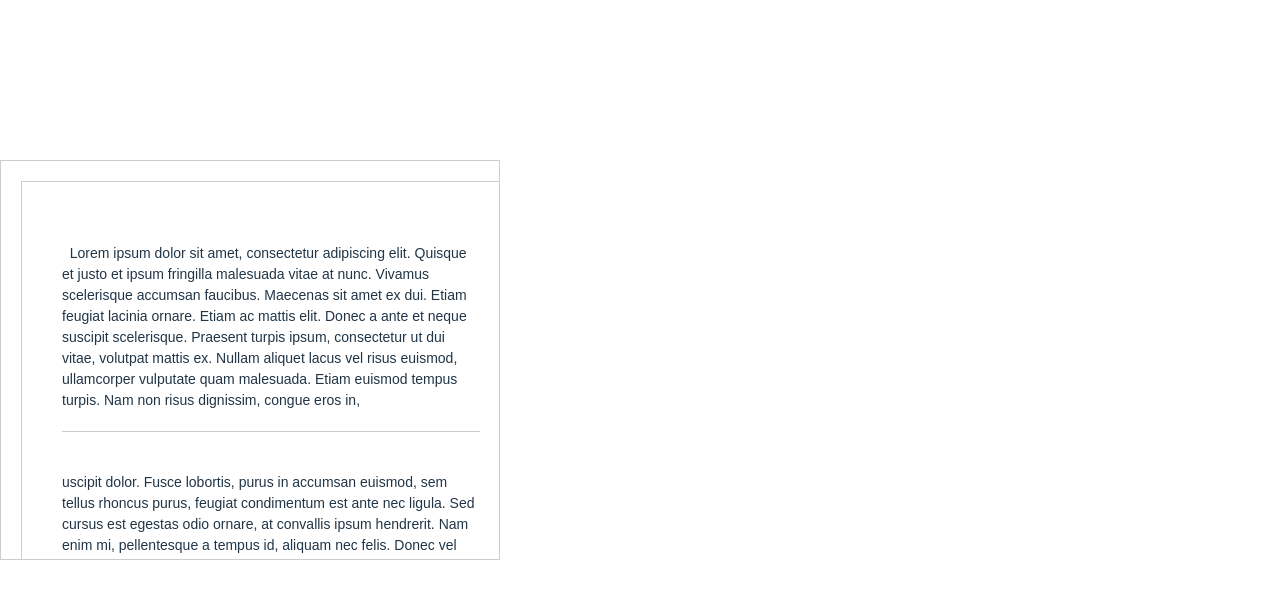
Repository: TakingJester766/Page-View
Page: /
The author's editor kept a copy of each file at every save. The page is drawn from the files as they stood at one save, then again after the next save.
The browser window is 1280 px wide. The pictures show the whole page.
An inner scrolling area shows only its first screen. The project was rebuilt for these pictures with package versions that can differ from the ones it lists, and the page was loaded fresh each time. Also part of the build but not shown: vite.config.js.

Above is the page before, as saved 2023-01-15 22:27:22.

### src/App.jsx
import React from 'react';
import ScrollableText from './ScrollableText';

function App() {
  const text = `
  Lorem ipsum dolor sit amet, consectetur adipiscing elit. Quisque et justo et ipsum fringilla malesuada vitae at nunc. Vivamus scelerisque accumsan faucibus. Maecenas sit amet ex dui. Etiam feugiat lacinia ornare. Etiam ac mattis elit. Donec a ante et neque suscipit scelerisque. Praesent turpis ipsum, consectetur ut dui vitae, volutpat mattis ex. Nullam aliquet lacus vel risus euismod, ullamcorper vulputate quam malesuada. Etiam euismod tempus turpis. Nam non risus dignissim, congue eros in, suscipit dolor. Fusce lobortis, purus in accumsan euismod, sem tellus rhoncus purus, feugiat condimentum est ante nec ligula. Sed cursus est egestas odio ornare, at convallis ipsum hendrerit. Nam enim mi, pellentesque a tempus id, aliquam nec felis. Donec vel congue orci.

  Ut lacinia ultricies maximus. Donec a volutpat urna. Nam vestibulum tincidunt congue. Mauris eget lorem nunc. Morbi id velit sed augue vestibulum iaculis. Proin non massa a odio convallis imperdiet. Integer blandit congue arcu, eu tempor est gravida nec. Donec ut velit ut velit tincidunt luctus vitae sit amet neque. Morbi sodales tempus mi, vitae imperdiet diam viverra et. Nam ante diam, blandit sit amet maximus nec, vulputate in nibh. Aenean feugiat sapien sit amet erat tempus, eu lobortis tellus sodales.

  Vivamus nec dictum nibh, vel bibendum magna. Curabitur condimentum justo ac neque placerat, sit amet accumsan orci fermentum. Aliquam sed urna non eros feugiat fringilla. Vestibulum vel iaculis diam. Interdum et malesuada fames ac ante ipsum primis in faucibus. Morbi pretium augue tortor, in accumsan diam semper nec. Sed ac tincidunt tellus. Vivamus lobortis dui ut faucibus ultricies. Aliquam at consequat ipsum. Fusce vel mollis diam. Ut id dolor suscipit, iaculis est at, malesuada dui. Sed fringilla diam purus, a commodo augue pretium eget. Fusce blandit ut ante sed mollis. Nulla non porttitor urna. Curabitur sed varius nunc, id elementum justo.

  Etiam commodo finibus risus ut lobortis. Donec ac massa id dolor cursus gravida. Sed non sem id est tincidunt egestas. Aenean et aliquam est. Aenean ornare sit amet erat sed commodo. Morbi et tortor sit amet lacus tempor consectetur. Aenean ultrices libero ac tellus molestie, in maximus leo porttitor. Pellentesque scelerisque ante nec velit aliquam posuere. Donec varius id ligula sit amet facilisis. Maecenas purus metus, egestas et auctor non, sagittis vel tellus. Sed facilisis, urna ac interdum suscipit, massa diam vestibulum orci, eu pretium ex odio et sem. Curabitur tempor, mi nec luctus vestibulum, diam elit aliquam risus, ut vestibulum est ante at libero. Nunc auctor consequat leo.

  Aliquam eu mauris a elit tincidunt rutrum sed eget lacus. Ut faucibus laoreet mauris tempus feugiat. Orci varius natoque penatibus et magnis dis parturient montes, nascetur ridiculus mus. Morbi in pretium ante. Morbi vel blandit dolor. Morbi volutpat libero et enim lobortis pharetra. Aliquam eget velit vel lacus gravida dignissim non a nibh. Phasellus dictum, quam eget sagittis scelerisque, tortor leo aliquam nunc, quis varius ipsum risus sed nisi. Quisque congue diam sed ipsum molestie bibendum. Praesent iaculis, urna et pretium suscipit, sem tortor dignissim neque, quis laoreet lorem elit id sem. Duis ullamcorper felis justo, id rhoncus sapien finibus nec. Quisque posuere velit mattis suscipit ornare. Ut molestie dignissim vestibulum. Nam at lectus bibendum, rhoncus orci ac, scelerisque ligula. Interdum et malesuada fames ac ante ipsum primis in faucibus.`;
  return (
    <div className="scroll-container">
      <ScrollableText text={text} />
    </div>
  );
}

export default App;

### src/index.css
:root {
  font-family: Inter, Avenir, Helvetica, Arial, sans-serif;
  font-size: 16px;
  line-height: 24px;
  font-weight: 400;

  color-scheme: light dark;
  color: rgba(255, 255, 255, 0.87);
  background-color: #242424;

  font-synthesis: none;
  text-rendering: optimizeLegibility;
  -webkit-font-smoothing: antialiased;
  -moz-osx-font-smoothing: grayscale;
  -webkit-text-size-adjust: 100%;
}

a {
  font-weight: 500;
  color: #646cff;
  text-decoration: inherit;
}
a:hover {
  color: #535bf2;
}

body {
  margin: 0;
  display: flex;
  place-items: center;
  min-width: 320px;
  min-height: 100vh;
}

h1 {
  font-size: 3.2em;
  line-height: 1.1;
}

button {
  border-radius: 8px;
  border: 1px solid transparent;
  padding: 0.6em 1.2em;
  font-size: 1em;
  font-weight: 500;
  font-family: inherit;
  background-color: #1a1a1a;
  cursor: pointer;
  transition: border-color 0.25s;
}
button:hover {
  border-color: #646cff;
}
button:focus,
button:focus-visible {
  outline: 4px auto -webkit-focus-ring-color;
}

@media (prefers-color-scheme: light) {
  :root {
    color: #213547;
    background-color: #ffffff;
  }
  a:hover {
    color: #747bff;
  }
  button {
    background-color: #f9f9f9;
  }
}

.scroll-container {
  height: 400px; /* adjust this to your desired height */
  overflow: auto;
  padding: 20px; /* add some padding for the content */
  box-sizing: border-box; /* include the padding and border in the total width and height */
  border: 1px solid #ccc; /* add a border */
  font-size: 14px; /* adjust the font size to your preference */
  font-family: Arial, sans-serif; /* adjust the font family to your preference */
  line-height: 1.5; /* adjust the line height to your preference */
  word-wrap: break-word;
  width: 500px;
  white-space: pre-wrap;
  overflow-x: hidden;
  position: relative;
}

.page-break {
  width: 100%;
  height: 20px;
  border-bottom: 1px solid #ccc;
}

.text-container {
  padding: 20px;
}

.scroll-tracker {
  position: absolute;
  top: 0;
  left: 0;
  width: 100%;
}

### src/ScrollableText.jsx
import { useState } from 'react';

const ScrollableText = ({text}) => {
  const [currentPage, setCurrentPage] = useState(0);
  const charactersPerPage = 500;
  const pageCount = Math.ceil(text.length / charactersPerPage);

  const handleScroll = (event) => {
    setCurrentPage(Math.floor(event.target.scrollTop / event.target.clientHeight));
  };

  return (
    <div>
      <div className="scroll-container" style={{overflow: 'auto', height: '500px'}} onScroll={handleScroll}>
        {Array.from({ length: pageCount }, (_, i) => {
          let start = i * charactersPerPage;
          let end = (i + 1) * charactersPerPage;
          let currentText = text.slice(start, end);
          if (currentText[currentText.length - 1] !== " ") {
            let lastSpace = currentText.lastIndexOf(" ");
            currentText = currentText.slice(0, lastSpace);
          }
          return (
            <div className={`page ${i === currentPage ? 'visible' : 'hidden'}`} key={i}>
              <div className="text-container">
                {currentText}
                {i !== pageCount - 1 && <div className="page-break"></div>}
              </div>
            </div>
          );
        })}
      </div>
      <div className="scroll-tracker" style={{height: `${100 * pageCount}%`}}></div>
    </div>
  );

}

export default ScrollableText;

Loaded but not shown: index.html (common file); src/main.jsx (common file)

After the next save:
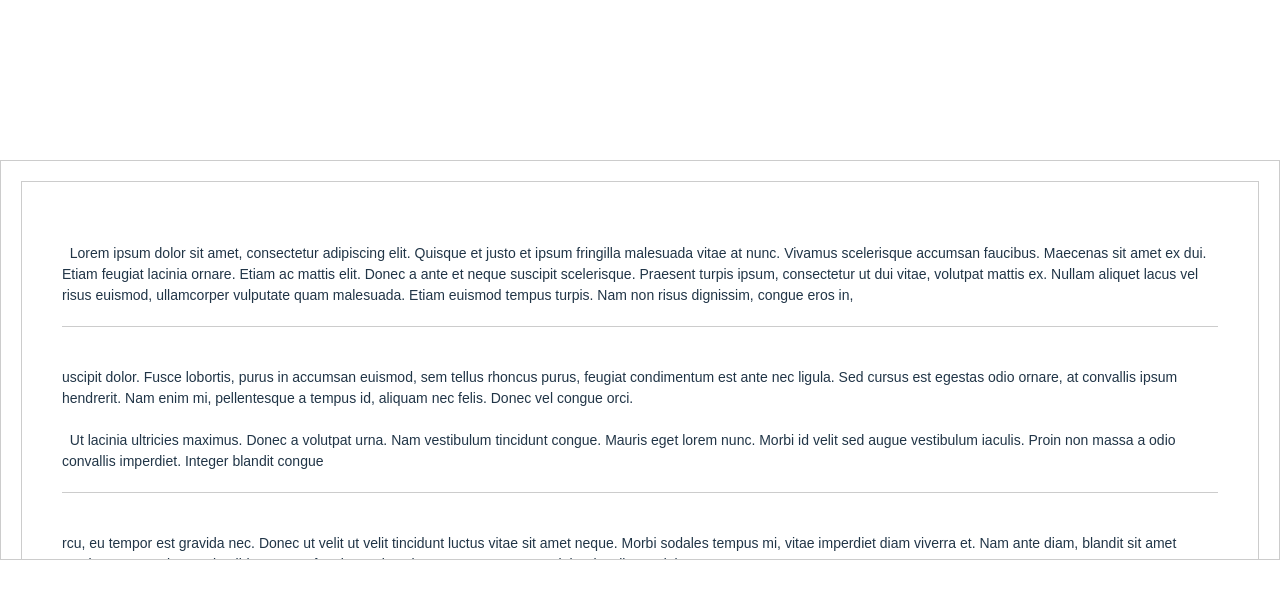
Saved 28 s later.
--- a/src/index.css
+++ b/src/index.css
@@ -79,11 +79,11 @@ button:focus-visible {
   font-family: Arial, sans-serif; /* adjust the font family to your preference */
   line-height: 1.5; /* adjust the line height to your preference */
   word-wrap: break-word;
-  width: 500px;
   white-space: pre-wrap;
-  overflow-x: hidden;
+  overflow-x: auto;
   position: relative;
 }
+
 
 .page-break {
   width: 100%;
